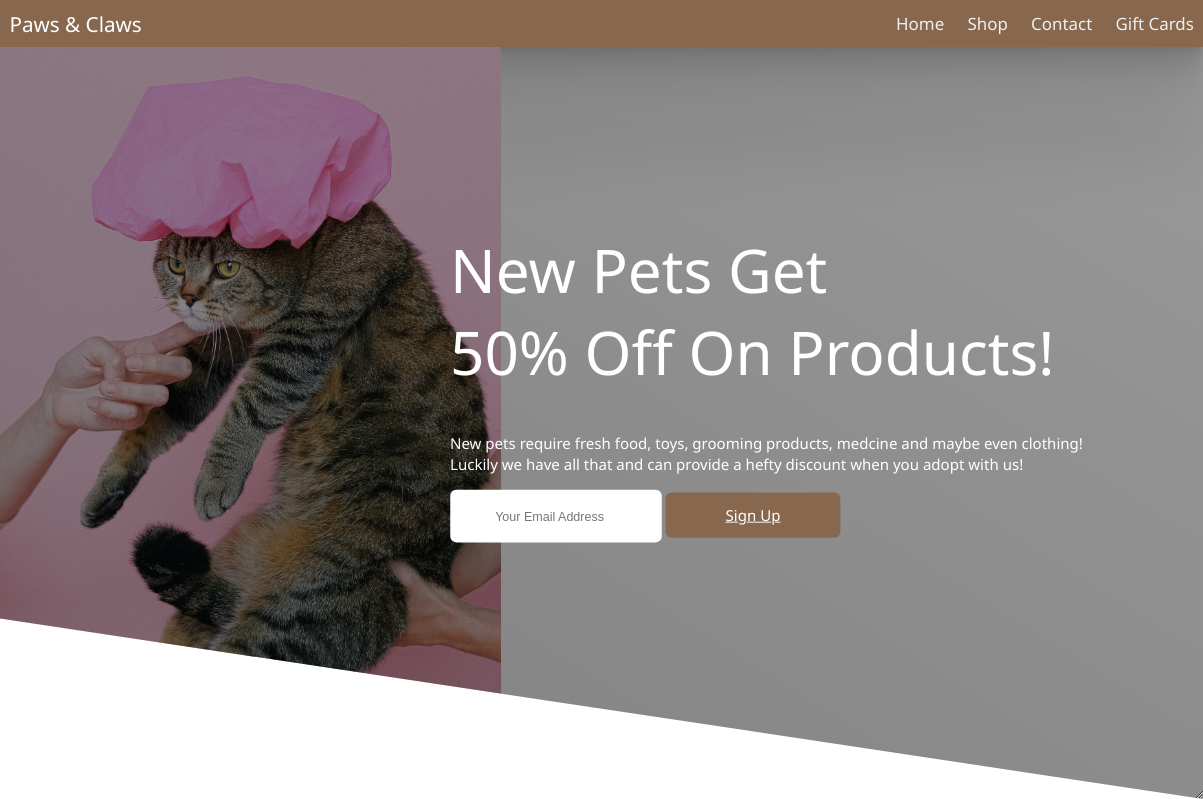
Repository: LtGriff/petProject
Page: dist/about.html
These files come from the project's save history. The page is drawn as it stood at one moment and after the next save; the edit follows.
The browser window is 1280 px wide. The pictures show the whole page, at 94% of full size.

Above is the page before, as saved 2022-05-19 07:53:11.

### dist/about.html
<!DOCTYPE html>
<html lang="en">
<head>
    <meta charset="UTF-8">
    <meta http-equiv="X-UA-Compatible" content="IE=edge">
    <meta name="viewport" content="width=device-width, initial-scale=1.0">
    <link rel="stylesheet" type="text/css" href="../CSS/about.css">
    <title>About the Animal House</title>
</head>
<body>
<!-------------NAV***************BAR----------------------->

    <div class="nav">
        <input type="checkbox" id="nav-check">
        <div class="nav-header">
          <div class="nav-title">
            Paws & Claws
          </div>
        </div>
        <div class="nav-btn">
          <label for="nav-check">
            <span></span>
            <span></span>
            <span></span>
          </label>
        </div>

        <div class="nav-links">
          <a href="index.html" target="">Home</a>
          <a href="shop.html" target="_blank">Shop</a>
          <a href="contact.html" target="_blank">Contact</a>
          <a href="giftcard.html" target="_blank">Gift Cards</a>
        </div>
      </div>

    <!-------------NAV*******BAR********END----------------------->


 <!------------------HEADER*******SECTION---------------------->


 <div class="dogfield"></div>

 <header id="header-section">
  <div class="header-text container">
      <h1>New Pets Get <br> 50%  Off On Products!</h1>
      <p>
         New pets require fresh food, toys, grooming products, medcine and maybe even clothing!<br> Luckily we have all that and can provide a hefty discount when you adopt with us!
      </p>
      <input id="userInput" type="email" placeholder="Your Email Address" required>
      <a class="cta" href="#">Sign Up</a>
      <p id="error">Please provide a valid email address</p>
  </div>
</header>










</body>
</html>

### dist/CSS/about.css
/** NAV BAR **/

* {
    box-sizing: border-box;
  }

  body {
    margin: 0px;
    font-family: 'segoe ui';
  }

  .nav {
    height: 50px;
    width: 100%;
    background-color: #87684e;

  /**
    opacity: .5;
    filter: alpha(opacity=50);
    position: relative;**/
    /* z-index: ; */


    box-shadow:
    0 2.8px 2.2px rgba(0, 0, 0, 0.034),
    0 6.7px 5.3px rgba(0, 0, 0, 0.048),
    0 12.5px 10px rgba(0, 0, 0, 0.06),
    0 22.3px 17.9px rgba(11, 4, 4, 0.072),
    0 41.8px 33.4px rgba(0, 0, 0, 0.086),
    0 100px 80px rgba(0, 0, 0, 0.12);
  }

  .nav > .nav-header {
    display: inline;
  }

  .nav > .nav-header > .nav-title {
    display: inline-block;
    font-size: 22px;
    color: #fff;
    padding: 10px 10px 10px 10px;
  }

  .nav > .nav-btn {
    display: none;
  }

  .nav > .nav-links {
    display: inline;
    float: right;
    z-index: 9;
    font-size: 18px;
  }

  .nav > .nav-links > a {
    display: inline-block;
    padding: 13px 10px 13px 10px;
    text-decoration: none;
    color: #efefef;
  }

  .nav > .nav-links > a:hover {
    background-color: rgba(0, 0, 0, 0.3);
  }

  .nav > #nav-check {
    display: none;
  }


 /** HEADER SECTION **/

#header-section{
    height: 90vh;
    background-image: linear-gradient(
        to left bottom,
        rgba(0, 0, 0, 0.4),
        rgba(0, 0, 0, 0.5)),
    url("../img/catpink.jpg");
    background-size: contain;
    background-repeat: no-repeat;
    width: auto;
    height: 800px;
    resize: both;
    overflow: scroll;
    clip-path: polygon(0% 0%,100% 0%,100% 100%,0% 76%);

  }



  .header-text {
    position: absolute;
    top: 28%;
    right: 10%;
    color: #ffffff;
  }

  .header-text h1 {
    font-size: 4rem;
    font-weight: 500;
  }

  .header-text p {
    margin-bottom: 1rem;
  }

  #header-section input {
    width: 225px;
    height: 3.5rem;
    border-radius: 0.4rem;
    border: none;
    padding: 0.5rem 3rem;
  }

  .cta {
    background-color: #87684e;
    padding: 0.8rem 4rem;
    border-radius: 0.4rem;
    color: #fff;
    font-weight: 400;
  }

  .cta:hover {
    transform: translateY(-3px);
    box-shadow: 0 1rem 2rem rgba(0, 0, 0, .2);
  }

  .cta:active {
    transform: translateY(-1px);
    box-shadow: 0 .5rem 1rem rgba(0, 0, 0, .2);
  }

  .cta::after {
    content: "";
    display: inline-block;
    height: 100%;
    width: 100%;
    border-radius: 10rem;
    position: absolute;
    top: 0;
    left: 0;
    z-index: -1;
    transition: all .4s;
  }

  .cta:hover::after {
    transform: scaleX(1.4) scaleY(1.6);
    opacity: 0;
  }

  #error {
    color: red;
    font-weight: 600;
    display: none;
    margin-top: 1rem;
    transition: all 0.5s ease-in;
  }

@media (max-width:600px) {
    .nav > .nav-btn {
      display: inline-block;
      position: absolute;
      right: 0px;
      top: 0px;
    }
    .nav > .nav-btn > label {
      display: inline-block;
      width: 50px;
      height: 50px;
      padding: 13px;
    }
    .nav > .nav-btn > label:hover,.nav  #nav-check:checked ~ .nav-btn > label {
      background-color: rgba(0, 0, 0, 0.3);
    }
    .nav > .nav-btn > label > span {
      display: block;
      width: 25px;
      height: 10px;
      border-top: 2px solid #eee;
    }
    .nav > .nav-links {
      position: absolute;
      display: block;
      width: 100%;
      background: rgb(234,212,189);
      background: linear-gradient(7deg, rgba(234,212,189,1) 0%, rgba(204,175,140,1) 24%, rgba(191,161,124,1) 64%, rgba(135,104,78,1) 98%);
      height: 0px;
      transition: all 0.3s ease-in;
      overflow-y: hidden;
      top: 50px;
      left: 0px;
    }
    .nav > .nav-links > a {
      display: block;
      width: 100%;
    }
    .nav > #nav-check:not(:checked) ~ .nav-links {
      height: 0px;
    }
    .nav > #nav-check:checked ~ .nav-links {
      height: calc(28vh - 50px);
      overflow-y: auto;
    }

  }

After the next save:
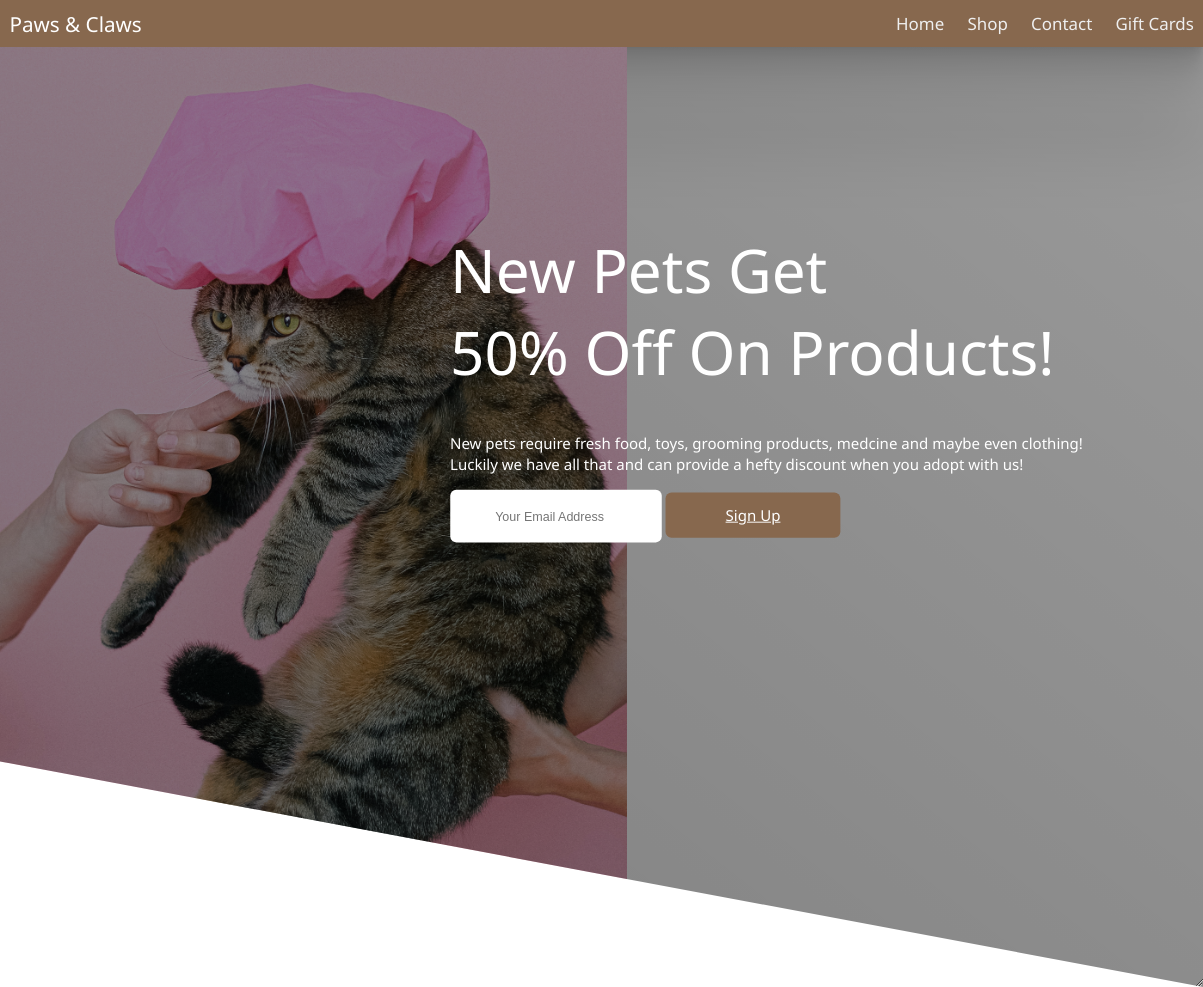
Saved 12 s later.
--- a/dist/CSS/about.css
+++ b/dist/CSS/about.css
@@ -80,7 +80,7 @@
     background-size: contain;
     background-repeat: no-repeat;
     width: auto;
-    height: 800px;
+    height: 1000px;
     resize: both;
     overflow: scroll;
     clip-path: polygon(0% 0%,100% 0%,100% 100%,0% 76%);
